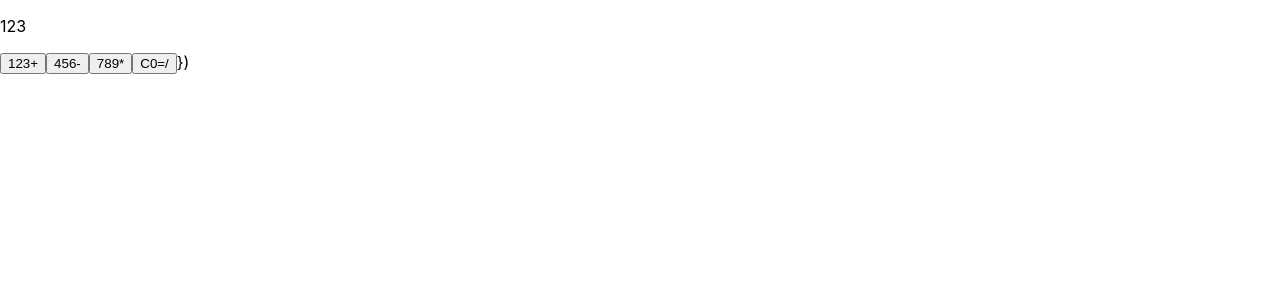
Repository: qudos4real/calculator
Page: /
These files come from the project's save history. The page is drawn as it stood at one moment and after a run of saves; the edit follows.
The browser window is 1280 px wide. The pictures show the whole page.
The project was rebuilt for these pictures with package versions that can differ from the ones it lists, and the page was loaded fresh each time.

Above is the page before, as saved 2022-10-09 01:40:19.

### src/index.css
body {
  margin: 0;
  font-family: -apple-system, BlinkMacSystemFont, 'Segoe UI', 'Roboto', 'Oxygen',
    'Ubuntu', 'Cantarell', 'Fira Sans', 'Droid Sans', 'Helvetica Neue',
    sans-serif;
  -webkit-font-smoothing: antialiased;
  -moz-osx-font-smoothing: grayscale;
}

code {
  font-family: source-code-pro, Menlo, Monaco, Consolas, 'Courier New',
    monospace;
}
   border: 10px solid black;

### src/App.js
import React, { useState } from "react";
import Buttons from "./components/Buttons";
import Screen from "./components/Screen";


const numbers = [
  [1, 2, 3, "+"],
  [4, 5, 6, "-"],
  [7, 8, 9, "*"],
  ["C", 0, "=", "/"],
];

function App() {
  let [calc, setCalc] = useState({
    sign: "",
    num: 0,
    res: 0,
  })
  return (
    <div>
      <Screen value={calc.num ? calc.num : calc.res} />
      {numbers.map((num) => {
        return (
          <button>
            {num}
          </button>
        )
      })}
      })
    </div>
  );
}

export default App;

### src/components/Screen.js


import React from 'react'

function Screen() {
    return (
        <div className='screen'>
           <p>123</p>
        </div>
    )
}

export default Screen

### src/components/Buttons.js
import React from "react";
import "./Buttons.css";




function Buttons({value, onClick}) {
  return (
    <div className="buttonWrapper">
            {/* {numbers.map((num) => {
                return (
                    <button key={num} className="num" value={num} onClick={() => {
                        console.log(`${num} clicked`)
                    }
                    } >{num}</button>
                )
            })} */}
    </div>
  );
}

export default Buttons;

### src/components/Buttons.css
.buttonWrapper {
    width: 350px;
    padding: 10px;
    background-color: blue;
}
.num {
    width: 25%;
}

Loaded but not shown: public/index.html (common file); src/index.js (common file)

After the next 3 saves:
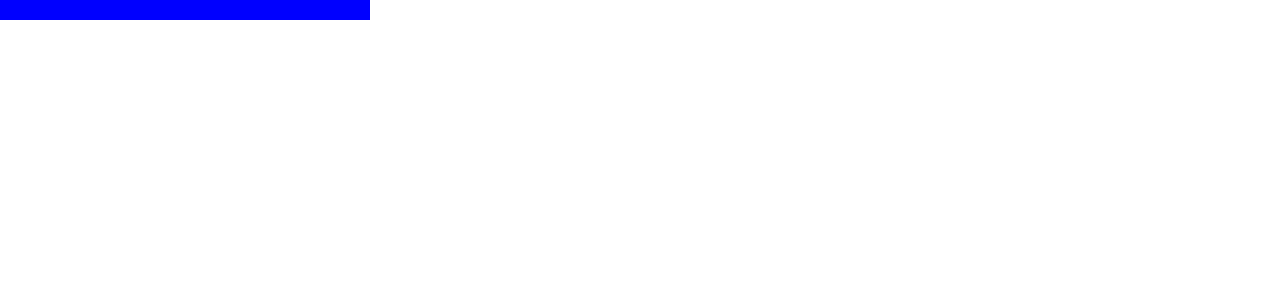
The 3 saves are shown as one change because 2 did not build or start.
The last was saved 18 min 3 s later.
--- a/src/App.js
+++ b/src/App.js
@@ -1,32 +1,14 @@
-import React, { useState } from "react";
 import Buttons from "./components/Buttons";
 import Screen from "./components/Screen";
 
 
-const numbers = [
-  [1, 2, 3, "+"],
-  [4, 5, 6, "-"],
-  [7, 8, 9, "*"],
-  ["C", 0, "=", "/"],
-];
+
+
 
 function App() {
-  let [calc, setCalc] = useState({
-    sign: "",
-    num: 0,
-    res: 0,
-  })
   return (
     <div>
-      <Screen value={calc.num ? calc.num : calc.res} />
-      {numbers.map((num) => {
-        return (
-          <button>
-            {num}
-          </button>
-        )
-      })}
-      })
+         <Buttons />
     </div>
   );
 }
